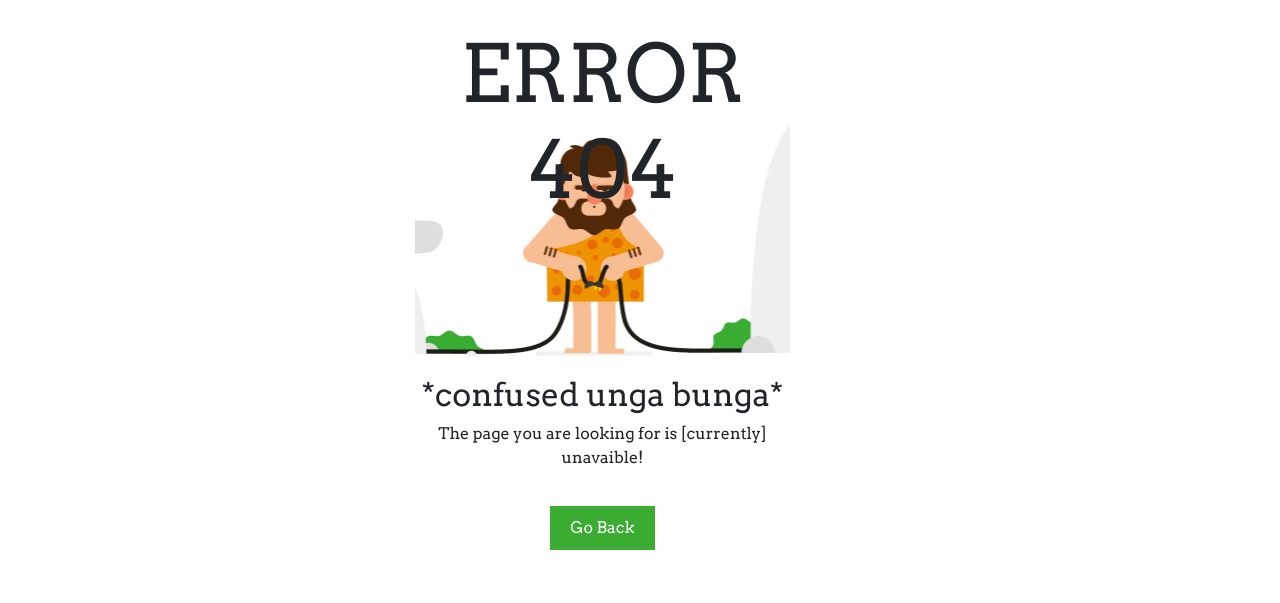
Repository: Delos-343/404-ERROR
Page: index.html
An editor plug-in stored every save of this project. The page is shown before and after the next save, followed by the edit.
The browser window is 1280 px wide. The pictures show the whole page.

Above is the page before, as saved 2022-04-23 16:17:38.

### index.html
<!DOCTYPE html>
<html lang="en">
<head>
    <meta charset="UTF-8">
    <meta http-equiv="X-UA-Compatible" content="IE=edge">
    <meta name="viewport" content="width=device-width, initial-scale=1.0">
    <link rel="stylesheet" href="https://cdn.jsdelivr.net/npm/bootstrap@5.1.0/dist/css/bootstrap.min.css">
    <link rel='stylesheet' href='https://fonts.googleapis.com/css?family=Arvo'>
    <link rel="stylesheet" href="style.css">
    <title>Error 404 | Delos-343</title>
</head>
<body>
    <section class="page_404">
        <div class="container">
          <div class="row">
            <div class="col-sm-12 ">
              <div class="col-sm-10 col-sm-offset-1  text-center">
                <div class="four_zero_four_bg">
                  <h1 class="text-center ">ERROR 404</h1>

                </div>

                <div class="contant_box_404">
                  <h3 class="h2">
                    *confused unga bunga*
                  </h3>

                  <p>The page you are looking for is [currently] unavaible!</p>

                  <a href="" class="link_404">Go Back</a>
                </div>
              </div>
            </div>
          </div>
        </div>
      </section>
</body>
</html>

### style.css
.page_404 {
  padding: 2%;
  background: #fff;
  font-family: "Arvo", serif;
  display: grid;
  align-items: center;
  justify-content: center;
}
.container {
  width: 100%;
  margin: auto;
}
.page_404 img {
  width: 100%;
}
.four_zero_four_bg {
  background-image: url(404.gif);
  height: 400px;
  background-position: center;
}
.four_zero_four_bg h1 {
  font-size: 80px;
}
.four_zero_four_bg h3 {
  font-size: 80px;
}
.link_404 {
  color: #fff !important;
  padding: 10px 20px;
  background: #39ac31;
  margin: 20px 0;
  display: inline-block;
  text-decoration: none;
}
.contant_box_404 {
  margin-top: -50px;
}

After the next save:
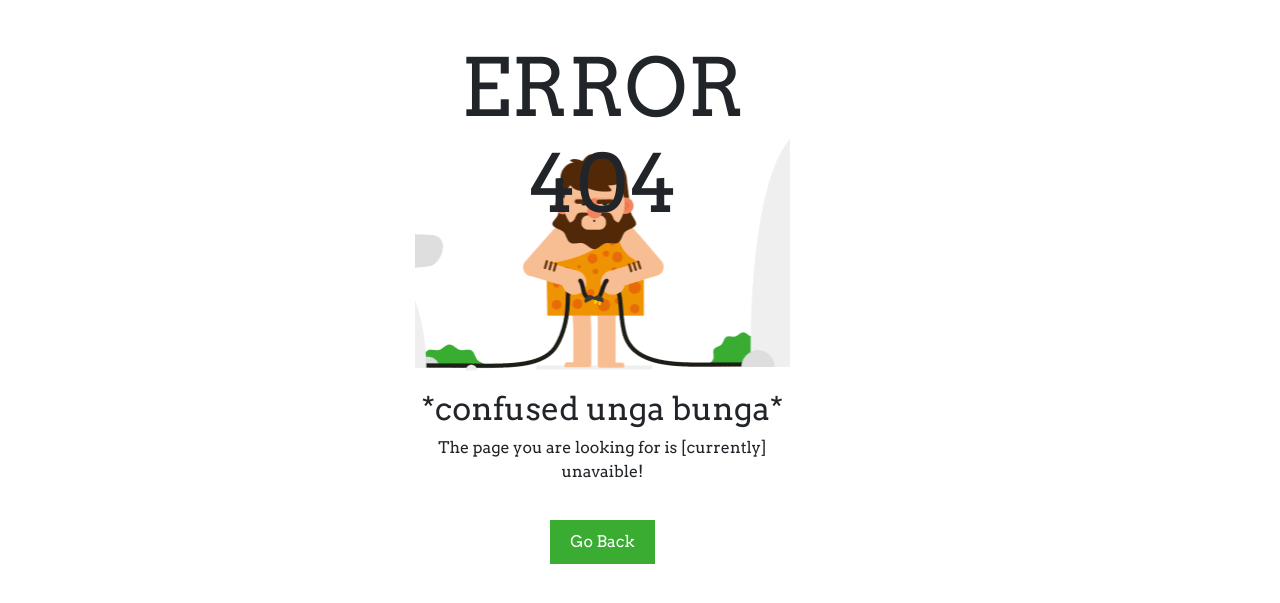
Saved 13 s later.
--- a/style.css
+++ b/style.css
@@ -1,5 +1,5 @@
 .page_404 {
-  padding: 2%;
+  padding: 40px 0;
   background: #fff;
   font-family: "Arvo", serif;
   display: grid;
